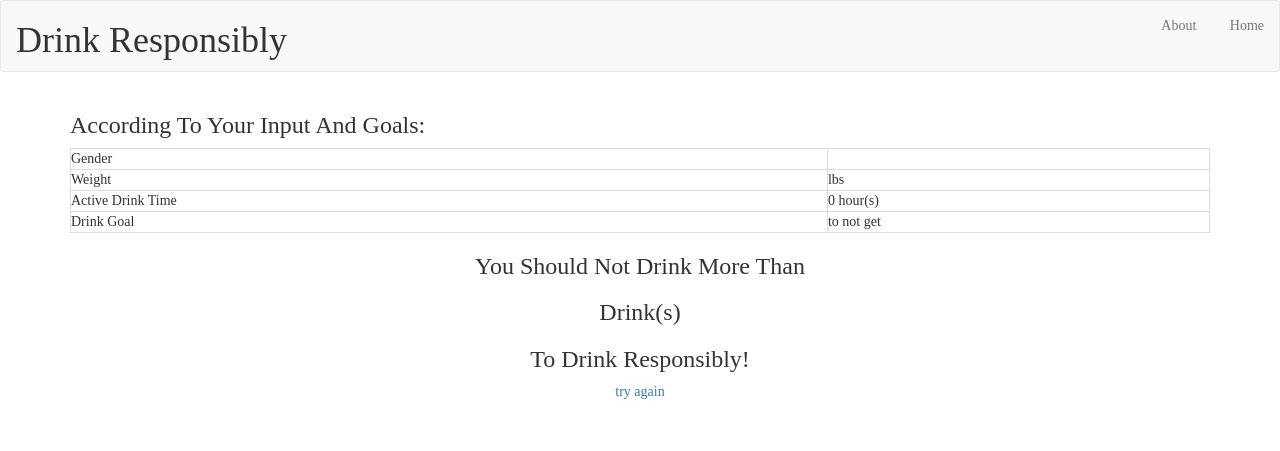
Repository: NatNat180/DrinkResponsibly
Page: http://localhost/DrinkResponsibly/calculate-drink-amount
These files come from the project's save history. The page is drawn as it stood at one moment and after the next save; the edit follows.
The browser window is 1280 px wide. The pictures show the whole page.
Some web fonts or font styles are not loaded; a fallback is used. The page is served by Tomcat 9.

Above is the page before, as saved 2016-04-07 16:27:02.

After the next save:
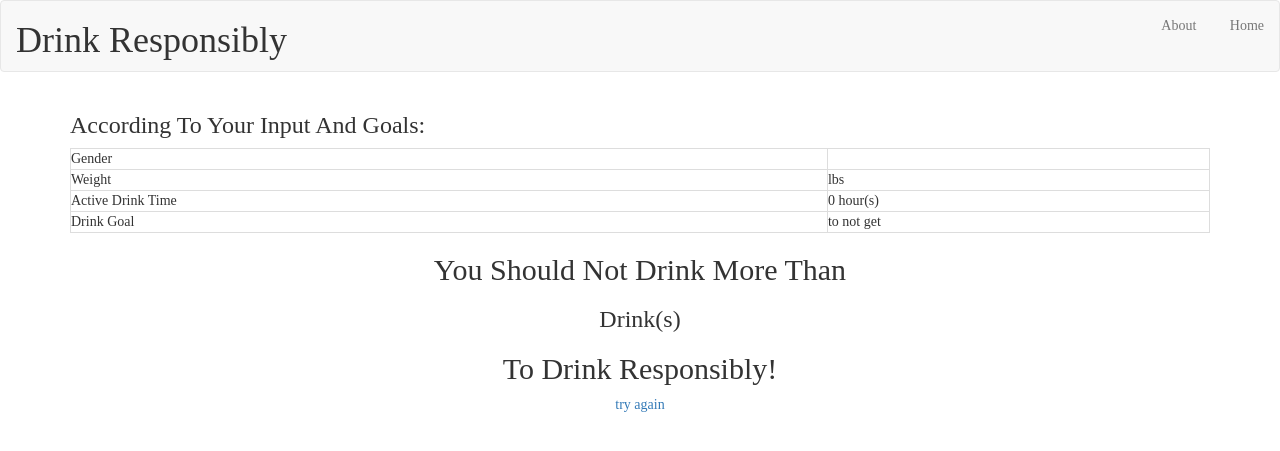
Saved 27 s later.
--- a/DrinkResponsibly/WebContent/WEB-INF/results.jsp
+++ b/DrinkResponsibly/WebContent/WEB-INF/results.jsp
@@ -34,10 +34,10 @@
 </table>
 
 <div class="center-text">
-<h3>You Should Not Drink More Than</h3>
+<h2>You Should Not Drink More Than</h2>
 <h2><c:out value="${drinks}"></c:out></h2>
 <h3>Drink(s)</h3>
-<h3>To Drink Responsibly!</h3>
+<h2>To Drink Responsibly!</h2>
 <a href="form">try again</a>
 </div>
 
